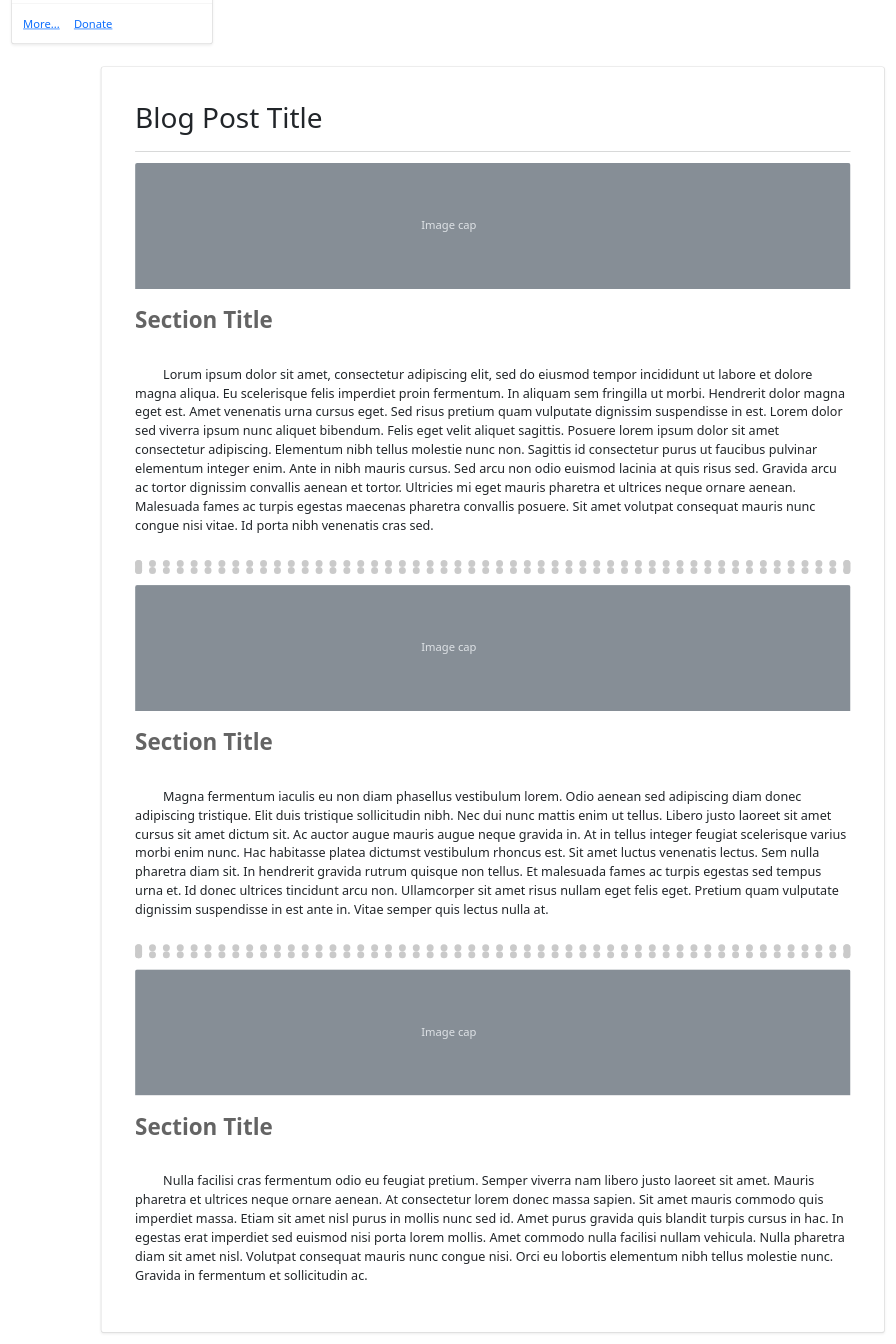
Repository: LublubXT/Azi-Tec-Team
Page: views/templates/blogs/personalblog/home.html
These files come from the project's save history. The page is drawn as it stood at one moment and after the next save; the edit follows.
The browser window is 1280 px wide. The pictures show the part of the page from y = 1387 to 3307 px (the page is 3307 px tall before and 3287 px after), at 70% of full size.

Above is the page before, as saved 2021-03-11 09:37:00.

### views/templates/blogs/personalblog/home.html
<!DOCTYPE html>
<html lang="en">

    <head>
        <meta charset="UTF-8">
        <meta http-equiv="X-UA-Compatible" content="IE=edge">
        <meta name="viewport" content="width=device-width, initial-scale=1.0">

        <!-- import style sheet file -->
        <link rel="stylesheet" href="css/style.css">
        <link rel="stylesheet" href="css/bootstrap.min.css">
        <link rel="stylesheet" href="fontawesome/css/all.css">


        <title>My Blog</title>
    </head>

    <body>
        <div class="header imgDiv">
            <nav class="navbar navbar-expand-lg navbar-light fixed-top shadow-sm"
                style="background-color: transparent;">
                <div class="container-fluid">
                    <a class="navbar-brand" href="#">My Blog</a>
                    <button class="navbar-toggler" type="button" data-bs-toggle="collapse"
                        data-bs-target="#navbarNavAltMarkup" aria-controls="navbarNavAltMarkup" aria-expanded="false"
                        aria-label="Toggle navigation">
                        <span class="navbar-toggler-icon"></span>
                    </button>
                    <div class="collapse navbar-collapse float-end" id="navbarNavAltMarkup">
                        <div class="navbar-nav float-end">
                            <a class="nav-link active" aria-current="page" href="#">Home</a>
                            <a class="nav-link" href="#">Posts</a>
                            <a class="nav-link" href="#">Donate</a>
                        </div>
                    </div>
                </div>
            </nav>
            <p class="card-text position-absolute top-50 end-50 text-light">Image
                cap</p>
        </div>

        <div style="width: 100%;">

            <div class="card mx-3 my-3 shadow-sm" style="width: 18rem;">
                <svg class="bd-placeholder-img card-img-top" width="100%" height="180"
                    xmlns="http://www.w3.org/2000/svg" role="img" aria-label="Placeholder: Image cap"
                    preserveAspectRatio="xMidYMid slice" focusable="true">
                    <title>Placeholder</title>
                    <rect width="100%" height="100%" fill="#868e96"></rect><text x="40%" y="50%" fill="#dee2e6"
                        dy=".3em">Image
                        cap</text>
                </svg>
                <div class="card-body">
                    <h5 class="card-title">About me</h5>
                    <p class="card-text">Lorem ipsum dolor sit amet, consectetur adipiscing elit, sed do eiusmod tempor
                        incididunt ut labore et dolore magna
                        aliqua. Euismod elementum nisi quis eleifend quam adipiscing vitae proin. Quis enim lobortis
                        scelerisque fermentum.
                        Dignissim diam quis enim lobortis scelerisque fermentum. Id interdum velit laoreet id donec
                        ultrices tincidunt arcu non.</p>
                </div>
                <ul class="list-group list-group-flush">
                    <li class="list-group-item"><i class="far fa-envelope"> Email</i></li>
                    <li class="list-group-item"><i class="fab fa-twitter"> Twitter</i></li>
                    <li class="list-group-item"><i class="fab fa-facebook"> Facbook</i></li>
                </ul>
                <div class="card-body">
                    <a href="#" class="card-link">More...</a>
                    <a href="#" class="card-link">Donate</a>
                </div>
            </div>
            <div class="card mx-3 my-3 float-end shadow-sm p-5" style="width: 70rem; height: auto;">
                <h1>Blog Post Title</h1>
                <hr>
                <svg class="bd-placeholder-img card-img-top" width="100%" height="180"
                    xmlns="http://www.w3.org/2000/svg" role="img" aria-label="Placeholder: Image cap"
                    preserveAspectRatio="xMidYMid slice" focusable="true">
                    <title>Placeholder</title>
                    <rect width="100%" height="100%" fill="#868e96"></rect><text x="40%" y="50%" fill="#dee2e6"
                        dy=".3em">Image
                        cap</text>
                </svg>
                <p class="main_title">Section Title</p>
                <p class="text-dark main_p"><span class="tab"></span> Lorum ipsum dolor sit amet, consectetur adipiscing
                    elit,
                    sed do eiusmod
                    tempor
                    incididunt ut labore et dolore magna
                    aliqua. Eu scelerisque felis imperdiet proin fermentum. In aliquam sem fringilla ut morbi. Hendrerit
                    dolor magna eget
                    est. Amet venenatis urna cursus eget. Sed risus pretium quam vulputate dignissim suspendisse in est.
                    Lorem dolor sed
                    viverra ipsum nunc aliquet bibendum. Felis eget velit aliquet sagittis. Posuere lorem ipsum dolor
                    sit amet consectetur
                    adipiscing. Elementum nibh tellus molestie nunc non. Sagittis id consectetur purus ut faucibus
                    pulvinar elementum
                    integer enim. Ante in nibh mauris cursus. Sed arcu non odio euismod lacinia at quis risus sed.
                    Gravida arcu ac tortor
                    dignissim convallis aenean et tortor. Ultricies mi eget mauris pharetra et ultrices neque ornare
                    aenean. Malesuada fames
                    ac turpis egestas maecenas pharetra convallis posuere. Sit amet volutpat consequat mauris nunc
                    congue nisi vitae. Id
                    porta nibh venenatis cras sed.
                </p>
                <hr class="blog_hr">
                <svg class="bd-placeholder-img card-img-top" width="100%" height="180"
                    xmlns="http://www.w3.org/2000/svg" role="img" aria-label="Placeholder: Image cap"
                    preserveAspectRatio="xMidYMid slice" focusable="true">
                    <title>Placeholder</title>
                    <rect width="100%" height="100%" fill="#868e96"></rect><text x="40%" y="50%" fill="#dee2e6"
                        dy=".3em">Image
                        cap</text>
                </svg>
                <p class="main_title">Section Title</p>
                <p class="text-dark main_p"><span class="tab"></span>
                    Magna fermentum iaculis eu non diam phasellus vestibulum lorem. Odio aenean sed adipiscing diam
                    donec adipiscing
                    tristique. Elit duis tristique sollicitudin nibh. Nec dui nunc mattis enim ut tellus. Libero justo
                    laoreet sit amet
                    cursus sit amet dictum sit. Ac auctor augue mauris augue neque gravida in. At in tellus integer
                    feugiat scelerisque
                    varius morbi enim nunc. Hac habitasse platea dictumst vestibulum rhoncus est. Sit amet luctus
                    venenatis lectus. Sem
                    nulla pharetra diam sit. In hendrerit gravida rutrum quisque non tellus. Et malesuada fames ac
                    turpis egestas sed tempus
                    urna et. Id donec ultrices tincidunt arcu non. Ullamcorper sit amet risus nullam eget felis eget.
                    Pretium quam vulputate
                    dignissim suspendisse in est ante in. Vitae semper quis lectus nulla at.
                </p>
                <hr class="blog_hr">
                <svg class="bd-placeholder-img card-img-top" width="100%" height="180"
                    xmlns="http://www.w3.org/2000/svg" role="img" aria-label="Placeholder: Image cap"
                    preserveAspectRatio="xMidYMid slice" focusable="true">
                    <title>Placeholder</title>
                    <rect width="100%" height="100%" fill="#868e96"></rect><text x="40%" y="50%" fill="#dee2e6"
                        dy=".3em">Image
                        cap</text>
                </svg>
                <p class="main_title">Section Title</p>
                <p class="text-dark main_p"><span class="tab"></span>
                    Nulla facilisi cras fermentum odio eu feugiat pretium. Semper viverra nam libero justo laoreet sit
                    amet. Mauris pharetra
                    et ultrices neque ornare aenean. At consectetur lorem donec massa sapien. Sit amet mauris commodo
                    quis imperdiet massa.
                    Etiam sit amet nisl purus in mollis nunc sed id. Amet purus gravida quis blandit turpis cursus in
                    hac. In egestas erat
                    imperdiet sed euismod nisi porta lorem mollis. Amet commodo nulla facilisi nullam vehicula. Nulla
                    pharetra diam sit amet
                    nisl. Volutpat consequat mauris nunc congue nisi. Orci eu lobortis elementum nibh tellus molestie
                    nunc. Gravida in
                    fermentum et sollicitudin ac.
                </p>

            </div>
        </div>

    </body>

</html>

### views/templates/blogs/personalblog/css/style.css
body {
    margin: 0px;
    padding: 0px;
}

.header {
    max-width: 100%;
    height: 45rem;
}

.imgDiv {
    background-color: #868e96;
}


.navbar {
    background-color: transparent;
    max-width: 100%;
    height: 50px;
    color: white;
    z-index: 3;
    position: sticky;
    top: 0px;
    left: 0px;
}

.mainlink {
    color: white;
    font-family: 'Courier New', Courier, monospace;
    font-weight: bolder;
    background: transparent;
    font-size: xx-large;
    text-decoration: none;
    float: left;
    margin: 10px;
}

.link {
    color: white;
    font-family: 'Courier New', Courier, monospace;
    font-weight: bolder;
    background: transparent;
    font-size: large;
    float: right;
    margin: 10px;
    margin-left: 10px;
    text-decoration: none;
}

.main_p {
    color: rgb(100, 100, 100);
    font-size: large;
    font-weight: 400;
    margin-top: 20px;
    margin-bottom: 20px;
}

.tab {
    margin-left: 40px;
}

.main_title {
    color: rgb(100, 100, 100);
    font-size: xx-large;
    font-weight: bold;
    margin-top: 20px;
    margin-bottom: 20px;
}

.blog_title {
    color: rgb(150, 150, 150);
    text-align: center;
    margin-top: 20px;
    margin-bottom: 20px;
}

.blog_hr {
    color: rgb(50, 50, 50);
    background: transparent;
    border: 10px dotted rgb(50, 50, 50);
    margin: 20 auto;
}

Loaded but not shown: views/templates/blogs/personalblog/css/bootstrap.min.css (library); views/templates/blogs/personalblog/fontawesome/css/all.css (library)

After the next save:
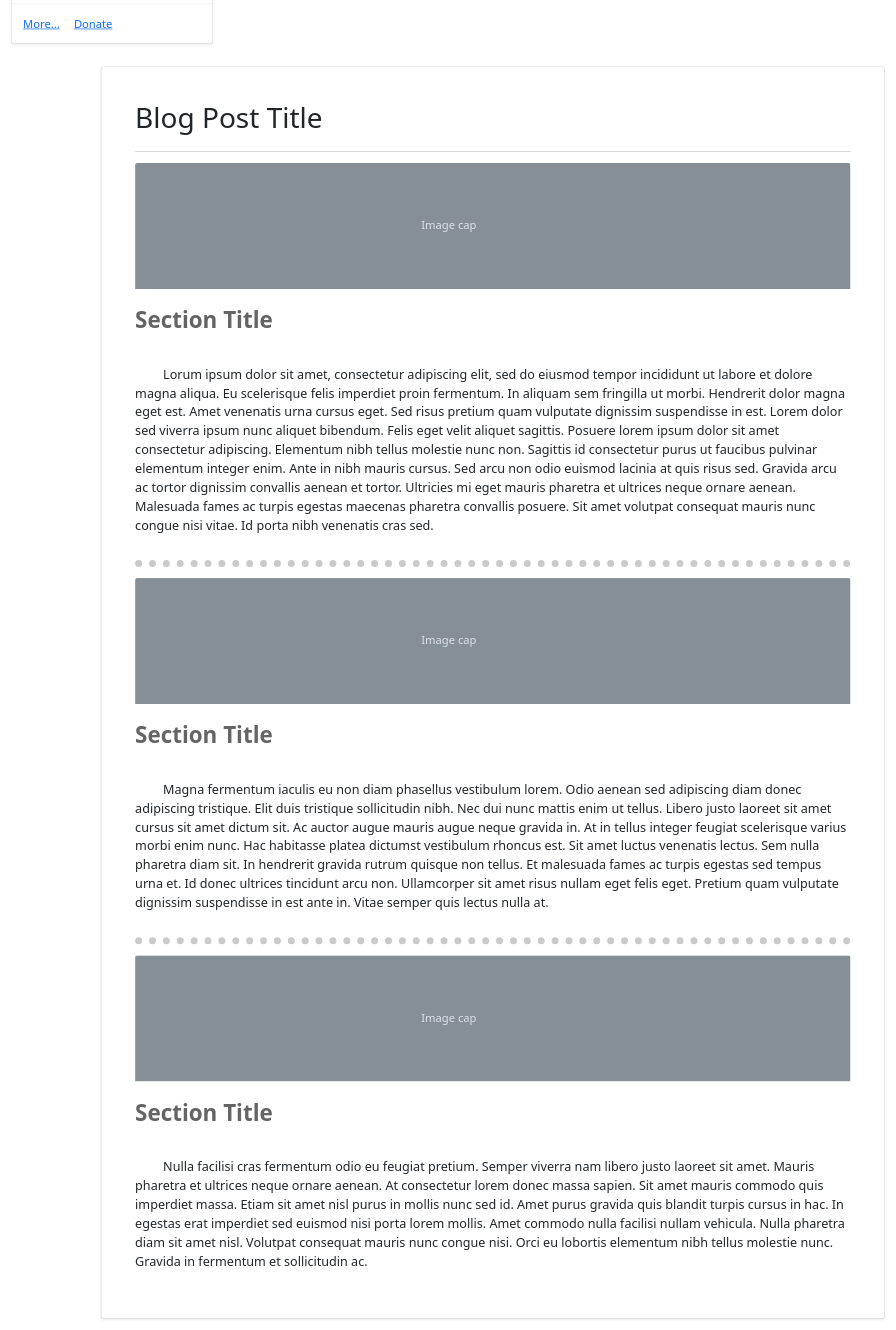
Saved 19 s later.
--- a/views/templates/blogs/personalblog/css/style.css
+++ b/views/templates/blogs/personalblog/css/style.css
@@ -77,6 +77,6 @@ body {
 .blog_hr {
     color: rgb(50, 50, 50);
     background: transparent;
-    border: 10px dotted rgb(50, 50, 50);
+    border-top: 10px dotted rgb(50, 50, 50);
     margin: 20 auto;
 }
